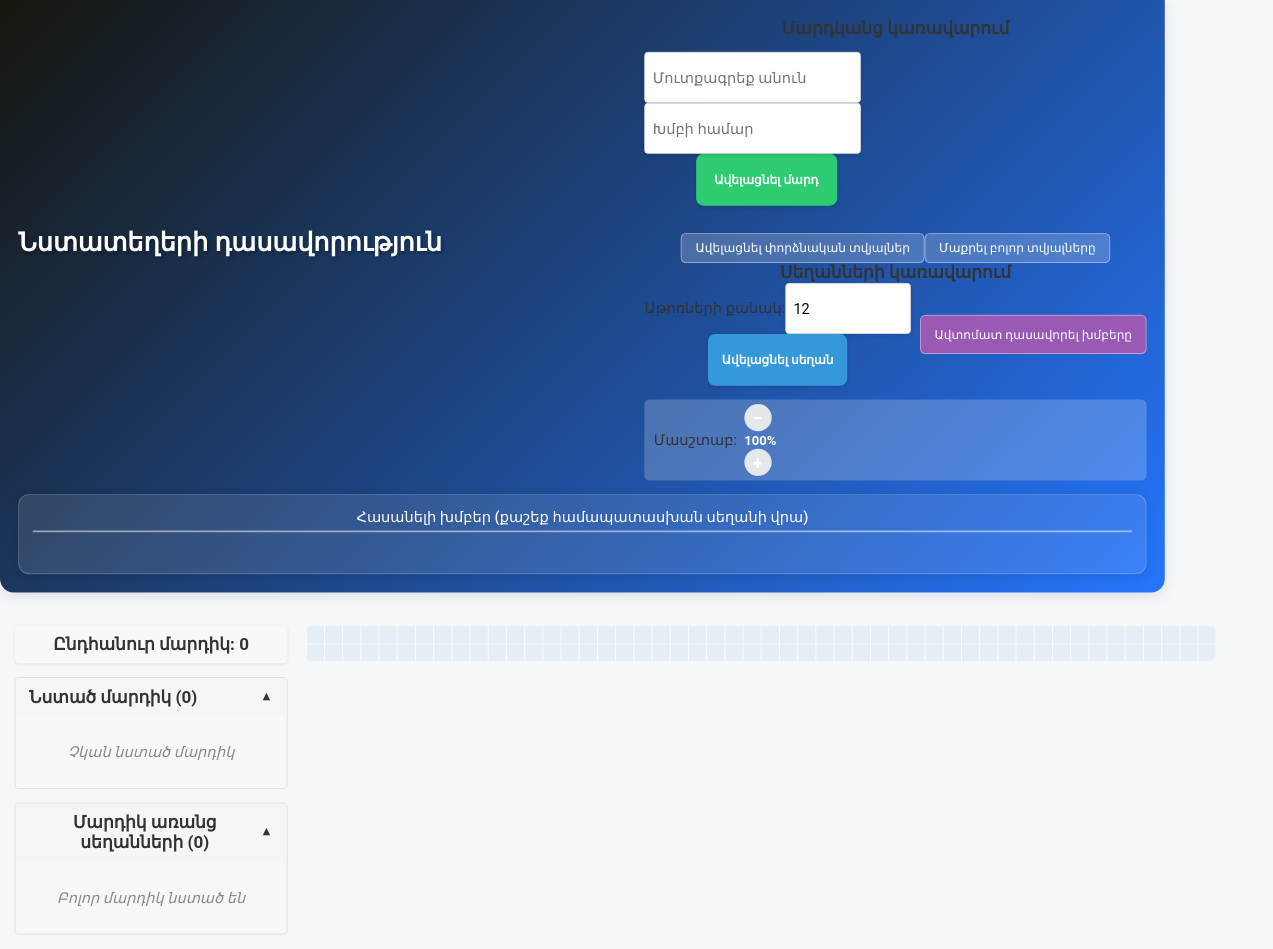
Repository: Vahan-23/Table-V2
Page: /
These files come from the project's save history. The page is drawn as it stood at one moment and after the next save; the edit follows.
The browser window is 1280 px wide. The page is 1336 px wide, then 1399 px, so the pictures cover 1399 px, including what lies to the right of the window. The pictures show the whole page, at 91% of full size.
The project was rebuilt for these pictures with package versions that can differ from the ones it lists, and the page was loaded fresh each time.

Above is the page before, as saved 2025-03-02 17:07:01.

### src/component/App.css
/* Modern styles for the Seating Arrangement app */

* {
  margin: 0;
  padding: 0;
  font-family: 'Roboto', 'Segoe UI', Arial, sans-serif;
}

body {
  background-color: #f5f7fb;
  color: #333;
}

.app-container {
  display: flex;
  flex-direction: column;
  min-height: 100vh;
}

/* Header Styles */
.app-header {
  background: linear-gradient(135deg, rgb(22 22 13) 0%, rgb(37, 117, 252) 100%);
  padding: 20px;
  border-radius: 0 0 15px 15px;
  box-shadow: 0 4px 15px rgba(0, 0, 0, 0.1);
  margin-bottom: 20px;
}

.header-content {
  display: flex;
  justify-content: space-between;
  align-items: center;
  max-width: 1600px;
  margin: 0 auto;
  width: 100%;
}

.logo {
  color: white;
  font-size: 28px;
  font-weight: bold;
  text-shadow: 2px 2px 4px rgba(0, 0, 0, 0.3);
  margin-bottom: 15px;
}

.header-controls {
  background: rgba(255, 255, 255, 0.15);
  backdrop-filter: blur(10px);
  padding: 15px;
  border-radius: 12px;
  box-shadow: inset 0 1px 1px rgba(255, 255, 255, 0.1), 0 1px 2px rgba(0, 0, 0, 0.1);
  display: flex;
  width: 80%;
}

.control-group {
  display: flex;
  flex-wrap: wrap;
  gap: 1rem;
  width: 100%;
}

.input-group {
  display: flex;
  gap: 10px;
  margin-bottom: 15px;
  align-items: center;
}

.input-field {
  flex: 1;
  padding: 10px 15px;
  border-radius: 8px;
  border: none;
  font-size: 16px;
  box-shadow: 0 2px 5px rgba(0, 0, 0, 0.1);
}

.input-group input, .table-controls input {
  height: 38px;
  padding: 0.5rem;
  border: 1px solid #ddd;
  border-radius: 4px;
  outline: none;
  transition: border-color 0.2s;
}

.input-group input:focus, .table-controls input:focus {
  border-color: #2563eb;
}

.group-input-container {
  position: relative;
  flex: 1;
}

.group-dropdown {
  position: absolute;
  top: 100%;
  left: 0;
  width: 100%;
  max-height: 200px;
  overflow-y: auto;
  z-index: 10;
  background-color: white;
  border: none;
  border-radius: 8px;
  box-shadow: 0 4px 12px rgba(0, 0, 0, 0.15);
  margin-top: 5px;
}

.dropdown-item {
  padding: 10px 15px;
  cursor: pointer;
  border-bottom: 1px solid #eee;
  transition: background-color 0.2s;
}

.dropdown-item:hover {
  background-color: #f5f5f5;
}

.dropdown-item-new {
  padding: 10px 15px;
  cursor: pointer;
  background-color: #f0f0f0;
  font-style: italic;
  border-radius: 0 0 8px 8px;
  z-index: 2;
}

.dropdown-empty {
  padding: 10px 15px;
  color: #666;
}

button {
  cursor: pointer;
  border: none;
  border-radius: 4px;
  padding: 0.5rem 1rem;
  font-weight: 500;
  transition: all 0.2s;
}

.primary-btn {
  background-color: #2563eb;
  color: white;
  border: none;
  border-radius: 8px;
  font-weight: bold;
  cursor: pointer;
  box-shadow: 0 2px 5px rgba(0, 0, 0, 0.1);
  transition: transform 0.2s, background-color 0.2s;
}

.primary-btn:hover {
  background-color: #1d4ed8;
}

.add-person-btn {
  margin-left: 30px;
  padding: 21px 20px;
  background-color: #2ecc71;
  color: white;
}

.add-person-btn:hover {
  background-color: #27ae60;
  transform: translateY(-2px);
}

.secondary-btn {
  padding: 8px 15px;
  background-color: rgba(255, 255, 255, 0.2);
  color: white;
  border: 1px solid rgba(255, 255, 255, 0.4);
  border-radius: 6px;
  cursor: pointer;
  transition: background-color 0.2s;
}

.secondary-btn:hover {
  background-color: rgba(255, 255, 255, 0.3);
}

.table-controls {
  display: flex;
  align-items: center;
  gap: 10px;
  margin-bottom: 15px;
}

.chair-count-input {
  width: 120px;
  padding: 10px 15px;
  border-radius: 8px;
  border: none;
  font-size: 16px;
  box-shadow: 0 2px 5px rgba(0, 0, 0, 0.1);
}

.add-table-btn {
  flex: 1;
  padding: 21px 15px;
  background-color: #3498db;
  color: white;
}

.add-table-btn:hover {
  background-color: #2980b9;
  transform: translateY(-2px);
}

.create-all-tables-btn {
  flex: 2;
  padding: 13px 15px;
  background-color: #9b59b6;
  color: white;
}

.create-all-tables-btn:hover {
  background-color: #8e44ad;
  transform: translateY(-2px);
}

/* Bottom controls section */
.bottom-controls {
  display: flex;
  justify-content: space-between;
  align-items: center;
}

/* Save controls */
.save-controls {
  display: flex;
  align-items: center;
  gap: 0.5rem;
}

/* Zoom controls */
.zoom-controls {
  display: flex;
  align-items: center;
  gap: 8px;
  background-color: rgba(255, 255, 255, 0.2);
  padding: 5px 10px;
  border-radius: 6px;
}

.zoom-btn {
  width: 30px;
  height: 30px;
  border-radius: 50%;
  border: none;
  background-color: rgba(255, 255, 255, 0.3);
  color: white;
  font-size: 18px;
  font-weight: bold;
  cursor: pointer;
  display: flex;
  justify-content: center;
  align-items: center;
}

.zoom-controls button {
  width: 30px;
  height: 30px;
  display: flex;
  align-items: center;
  justify-content: center;
  background-color: #e5e7eb;
  border-radius: 50%;
  font-size: 1.2rem;
  padding: 0;
}

.zoom-controls span {
  font-size: 0.9rem;
  min-width: 50px;
  text-align: center;
}

.zoom-percentage {
  color: white;
  font-weight: bold;
}

/* Groups Container */
.groups-container {
  background-color: rgba(255, 255, 255, 0.1);
  border-radius: 12px;
  padding: 15px;
  margin-top: 15px;
  box-shadow: 0 2px 10px rgba(0, 0, 0, 0.1);
  border: 1px solid rgba(255, 255, 255, 0.2);
}

.groups-header {
  display: flex;
  flex-direction: column;
  gap: 10px;
}

.groups-header h3 {
  color: #ffffff;
  font-size: 1rem;
  font-weight: 500;
}

.groups-title {
  margin: 0 0 10px 0;
  font-size: 20px;
  color: white;
  font-weight: 600;
  border-bottom: 2px solid rgba(255, 255, 255, 0.5);
  padding-bottom: 5px;
  display: inline-block;
}

.groups-wrapper {
  display: flex;
  flex-wrap: nowrap;
  gap: 12px;
  overflow-x: auto;
  padding: 5px 0;
  max-height: 100px;
  max-width: 100%;
  scrollbar-width: thin;
  scrollbar-color: rgba(255, 255, 255, 0.5) transparent;
}

.groups-wrapper::-webkit-scrollbar {
  height: 6px;
  width: 6px;
}

.groups-wrapper::-webkit-scrollbar-track {
  background: #f1f1f1;
  border-radius: 10px;
}

.groups-wrapper::-webkit-scrollbar-thumb {
  background: #3498db;
  border-radius: 10px;
}

.groups-wrapper::-webkit-scrollbar-thumb:hover {
  background: #2980b9;
}

/* Main Content */
.main-content {
  display: flex;
  flex: 1;
  padding: 1rem;
  gap: 20px;
  max-width: 1600px;
  margin: 0 auto;
  width: 100%;
}

/* Sidebar */
.sidebar {
  width: 300px;
  flex-shrink: 0;
}

.unseated-people-list, .people-list {
  background-color: white;
  border-radius: 8px;
  padding: 15px;
  margin-top: 20px;
  box-shadow: 0 2px 8px rgba(0, 0, 0, 0.1);
  margin-bottom: 1.5rem;
}

.unseated-people-list h3, .people-list h3 {
  margin-top: 0;
  margin-bottom: 15px;
  color: #333;
  font-size: 18px;
  font-weight: 600;
  border-bottom: 1px solid #e5e7eb;
  padding-bottom: 0.5rem;
}

.unseated-people-grid, .people-grid {
  display: grid;
  grid-template-columns: repeat(auto-fill, minmax(120px, 1fr));
  gap: 10px;
}

.unseated-person-card, .person-card {
  position: relative;
  background-color: #f9f9f9;
  border-radius: 6px;
  padding: 10px;
  box-shadow: 0 1px 3px rgba(0, 0, 0, 0.1);
  font-size: 0.9rem;
  display: flex;
  justify-content: space-between;
  align-items: center;
}

.person-card {
  flex-direction: column;
  align-items: flex-start;
  gap: 0.25rem;
}

.person-name {
  display: block;
  font-weight: bold;
  font-size: 14px;
  margin-bottom: 4px;
}

.person-group {
  display: block;
  font-size: 12px;
  color: #666;
}

.group-tag {
  background-color: #e0e7ff;
  color: #4f46e5;
  border-radius: 4px;
  padding: 0.15rem 0.4rem;
  font-size: 0.75rem;
  font-weight: 500;
}

.delete-btn {
  position: absolute;
  top: 5px;
  right: 5px;
  width: 20px;
  height: 20px;
  border-radius: 50%;
  background-color: #e74c3c;
  color: white;
  border: none;
  display: flex;
  align-items: center;
  justify-content: center;
  font-size: 10px;
  cursor: pointer;
  opacity: 0.7;
  transition: opacity 0.2s;
}

.delete-btn:hover {
  background-color: #fee2e2;
  opacity: 1;
}

/* Tables Area */
.tables-area {
  background-image: linear-gradient(rgba(255, 255, 255, 0.8) 1px, transparent 1px),
      linear-gradient(90deg, rgba(255, 255, 255, 0.8) 1px, transparent 1px);
  background-size: 20px 20px;
  background-color: #e6eef5;
  flex: 1;
  min-height: 600px;
  border-radius: 8px;
  padding: 20px;
  position: relative;
  transform-origin: top left;
  display: flex;
  flex-wrap: wrap;
  gap: 2rem;
  align-content: flex-start;
  min-height: 70vh;
}

/* Table Styles */
.table-container {
  background-color: white;
  border-radius: 10px;
  box-shadow: 0 4px 12px rgba(0, 0, 0, 0.08);
  padding: 1rem;
  width: fit-content;
  margin-bottom: 20px;
  flex-shrink: 0;
}

.table-header {
  display: flex;
  justify-content: space-between;
  align-items: center;
  margin-bottom: 1rem;
}

.table-header h3 {
  font-size: 1rem;
  font-weight: 600;
  color: #374151;
}

.delete-table-btn {
  background-color: #fee2e2;
  color: #ef4444;
  font-size: 0.8rem;
  padding: 0.25rem 0.5rem;
}

.delete-table-btn:hover {
  background-color: #fecaca;
}

.table {
  margin: 20px;
  width: 200px;
  height: 200px;
  border: 50px solid #e7d8c7;
  border-radius: 50%;
  display: flex;
  justify-content: center;
  align-items: center;
  background-image: url('../../public/table.jpg');
  background-size: cover;
}

.table-top {
  position: relative;
  top: -15%;
  left: -15%;
}

.chair {
  position: absolute;
  width: 60px;
  height: 60px;
  background-size: cover;
  background-position: center;
  background-repeat: no-repeat;
  color: white;
  display: flex;
  justify-content: center;
  align-items: center;
  border-radius: 50%;
  font-size: 12px;
  text-align: center;
  cursor: pointer;
  transition: transform 0.2s ease, opacity 0.2s ease;
}

.chair:hover {
  transform: scale(1.1);
  opacity: 0.7;
}

/* New Table Dropzone */
.new-table-dropzone {
  width: 300px;
  height: 200px;
  border: 2px dashed #3498db;
  border-radius: 8px;
  display: flex;
  align-items: center;
  justify-content: center;
  background-color: rgba(52, 152, 219, 0.05);
  transition: all 0.3s;
  margin-bottom: 20px;
}

.new-table-dropzone.hovered {
  background-color: rgba(52, 152, 219, 0.47);
  border-color: #4f46e5;
}

.dropzone-content {
  display: flex;
  flex-direction: column;
  align-items: center;
  justify-content: center;
  text-align: center;
  padding: 20px;
  gap: 1rem;
}

.dropzone-icon {
  font-size: 32px;
  color: #3498db;
  margin-bottom: 10px;
}

.dropzone-text {
  font-size: 16px;
  font-weight: bold;
  color: #333;
}

/* Popup styles */
.popup-overlay {
  position: fixed;
  top: 0;
  left: 0;
  right: 0;
  bottom: 0;
  background-color: rgba(0, 0, 0, 0.5);
  display: flex;
  align-items: center;
  justify-content: center;
  z-index: 1000;
}

.popup {
  background-color: white;
  border-radius: 10px;
  padding: 1.5rem;
  min-width: 300px;
  max-width: 400px;
  max-height: 80vh;
  overflow-y: auto;
  box-shadow: 0 10px 25px rgba(0, 0, 0, 0.2);
}

.popup h3 {
  margin-bottom: 1rem;
  color: #374151;
}

.person-selection-list {
  list-style: none;
  margin-bottom: 1rem;
}

.person-selection-list li {
  padding: 0.75rem;
  border-radius: 6px;
  cursor: pointer;
  transition: background-color 0.2s;
}

.person-selection-list li:hover {
  background-color: #f3f4f6;
}

.close-btn {
  background-color: #e5e7eb;
  color: #4b5563;
  width: 100%;
  padding: 0.75rem;
  border-radius: 6px;
  margin-top: 1rem;
}

.close-btn:hover {
  background-color: #d1d5db;
}

/* Fullscreen popup styles */
.fullscreen-popup {
  position: fixed;
  top: 0;
  left: 0;
  width: 100%;
  height: 100%;
  background-color: rgba(0, 0, 0, 0.7);
  z-index: 1000;
  display: flex;
  justify-content: center;
  align-items: center;
}

.fullscreen-popup-overlay {
  position: absolute;
  top: 0;
  left: 0;
  width: 100%;
  height: 100%;
  background-color: rgba(0, 0, 0, 0.7);
  display: flex;
  justify-content: center;
  align-items: center;
}

.fullscreen-popup-content {
  background-color: white;
  border-radius: 8px;
  padding: 20px;
  max-width: 600px;
  width: 90%;
  max-height: 80vh;
  overflow-y: auto;
  box-shadow: 0 10px 25px rgba(0, 0, 0, 0.2);
}

.fullscreen-popup-content h3 {
  margin-top: 0;
  margin-bottom: 20px;
  text-align: center;
  font-size: 18px;
  color: #333;
}

.person-selection-grid {
  display: grid;
  grid-template-columns: repeat(auto-fill, minmax(180px, 1fr));
  gap: 15px;
  margin-bottom: 20px;
  max-height: 60vh;
  overflow-y: auto;
  padding: 10px;
  margin-top: 20px;
}

.person-selection-item {
  background-color: #f9f9f9;
  border: 1px solid #ddd;
  border-radius: 6px;
  padding: 12px;
  cursor: pointer;
  transition: all 0.2s ease;
  display: flex;
  flex-direction: column;
}

.person-selection-item:hover {
  background-color: #e8f4fd;
  transform: translateY(-2px);
  box-shadow: 0 4px 8px rgba(0, 0, 0, 0.1);
}

.person-selection-name {
  display: block;
  font-weight: bold;
  margin-bottom: 4px;
}

.person-selection-group {
  display: block;
  font-size: 12px;
  color: #666;
}

.no-people-message {
  text-align: center;
  padding: 20px;
  color: #666;
  grid-column: 1 / -1;
}

.close-popup-btn {
  display: block;
  margin: 0 auto;
  background-color: #3498db;
  color: white;
  border: none;
  border-radius: 4px;
  padding: 10px 20px;
  font-size: 16px;
  cursor: pointer;
  transition: background-color 0.2s ease;
}

.close-popup-btn:hover {
  background-color: #2980b9;
}

/* Remove person popup */
.remove-person-popup {
  text-align: center;
}

.popup-title {
  text-align: center;
  margin-bottom: 20px;
}

.person-info-card {
  background-color: #f9f9f9;
  padding: 15px;
  border-radius: 8px;
  margin-bottom: 20px;
  box-shadow: 0 2px 4px rgba(0, 0, 0, 0.1);
}

.person-info-name {
  text-align: center;
  font-size: 18px;
  margin: 0 0 10px 0;
  font-weight: bold;
}

.person-info-group {
  text-align: center;
  margin: 0;
  color: #666;
}

.confirmation-text {
  text-align: center;
  margin-bottom: 20px;
  color: #555;
}

.popup-buttons {
  display: flex;
  justify-content: center;
  gap: 15px;
}

.remove-btn {
  padding: 10px 20px;
  background-color: #e74c3c;
  color: white;
  border: none;
  border-radius: 4px;
  cursor: pointer;
  font-weight: bold;
}

.cancel-btn {
  padding: 10px 20px;
  background-color: #7f8c8d;
  color: white;
  border: none;
  border-radius: 4px;
  cursor: pointer;
}

/* Group card styles */
.group-card {
  flex: 0 0 auto;
  min-width: 100px;
  background-color: white;
  border-radius: 6px;
  padding: 8px 12px;
  box-shadow: 0 1px 3px rgba(0,0,0,0.1);
  cursor: grab;
  transition: transform 0.2s, box-shadow 0.2s;
  border-left: 4px solid #3498db;
}

.group-card:hover {
  transform: translateY(-2px);
  box-shadow: 0 3px 6px rgba(0,0,0,0.15);
}

.group-card.dragging {
  opacity: 0.5;
}

.group-name {
  font-weight: 600;
  font-size: 0.9rem;
  color: #2563eb;
  margin-bottom: 5px;
}

.group-count {
  font-size: 0.8rem;
  color: #6b7280;
  margin-top: 0.25rem;
}

/* Responsive adjustments */
@media (max-width: 992px) {
  .header-content {
    flex-direction: column;
    align-items: flex-start;
    gap: 1rem;
  }

  .header-controls {
    width: 100%;
  }

  .main-content {
    flex-direction: column;
  }

  .sidebar {
    width: 100%;
  }
}


.people-section {
  display: flex;
  flex-direction: column;
  gap: 15px;
}

.total-people-counter {
  background-color: #f8f8f8;
  padding: 10px;
  border-radius: 5px;
  text-align: center;
  box-shadow: 0 1px 3px rgba(0,0,0,0.1);
}

.people-box {
  border: 1px solid #ddd;
  border-radius: 5px;
  overflow: hidden;
}

.people-header {
  display: flex;
  align-items: center;
  justify-content: space-between;
  padding: 10px 15px;
  background-color: #f5f5f5;
  cursor: pointer;
}

.people-header:hover {
  background-color: #e9e9e9;
}

.expand-arrow {
  font-size: 14px;
  transition: transform 0.3s ease;
}

.expand-arrow.expanded {
  transform: rotate(180deg);
}

.people-grid-container {
  max-height: 700px;
  overflow-y: auto;
}

.people-grid {
  display: grid;
  grid-template-columns: repeat(auto-fill, minmax(200px, 1fr));
  gap: 10px;
  padding: 10px;
}

.person-card {
  position: relative;
  padding: 10px;
  border-radius: 4px;
  box-shadow: 0 1px 3px rgba(0,0,0,0.1);
  display: flex;
  flex-direction: column;
}

.person-card.seated {
  background-color: rgba(144, 238, 144, 0.2);
  border-left: 3px solid #4CAF50;
}

.person-card.unseated {
  background-color: rgba(255, 235, 205, 0.2);
  border-left: 3px solid #FFA500;
}

.person-name {
  font-weight: bold;
  margin-bottom: 4px;
}

.person-group {
  font-size: 12px;
  color: #666;
}

.delete-btn {
  position: absolute;
  top: 5px;
  right: 5px;
  width: 20px;
  height: 20px;
  border-radius: 50%;
  background-color: #ff6b6b;
  color: white;
  border: none;
  display: flex;
  align-items: center;
  justify-content: center;
  cursor: pointer;
  font-size: 10px;
}

.delete-btn:hover {
  background-color: #ff5252;
}

.empty-message {
  grid-column: 1 / -1;
  padding: 20px;
  text-align: center;
  color: #888;
  font-style: italic;
}

/* Scrollbar styling */
.people-grid-container::-webkit-scrollbar {
  width: 8px;
}

.people-grid-container::-webkit-scrollbar-track {
  background: #f1f1f1;
  border-radius: 4px;
}

.people-grid-container::-webkit-scrollbar-thumb {
  background: #888;
  border-radius: 4px;
}

.people-grid-container::-webkit-scrollbar-thumb:hover {
  background: #555;
}

Loaded but not shown: public/index.html (common file); src/index.js (common file); src/index.css (common file); src/reportWebVitals.js (common file); src/App.css (common file); src/App.js (12 lines, source omitted); src/component/SeatingArrangement.jsx (1041 lines, source omitted)

After the next save:
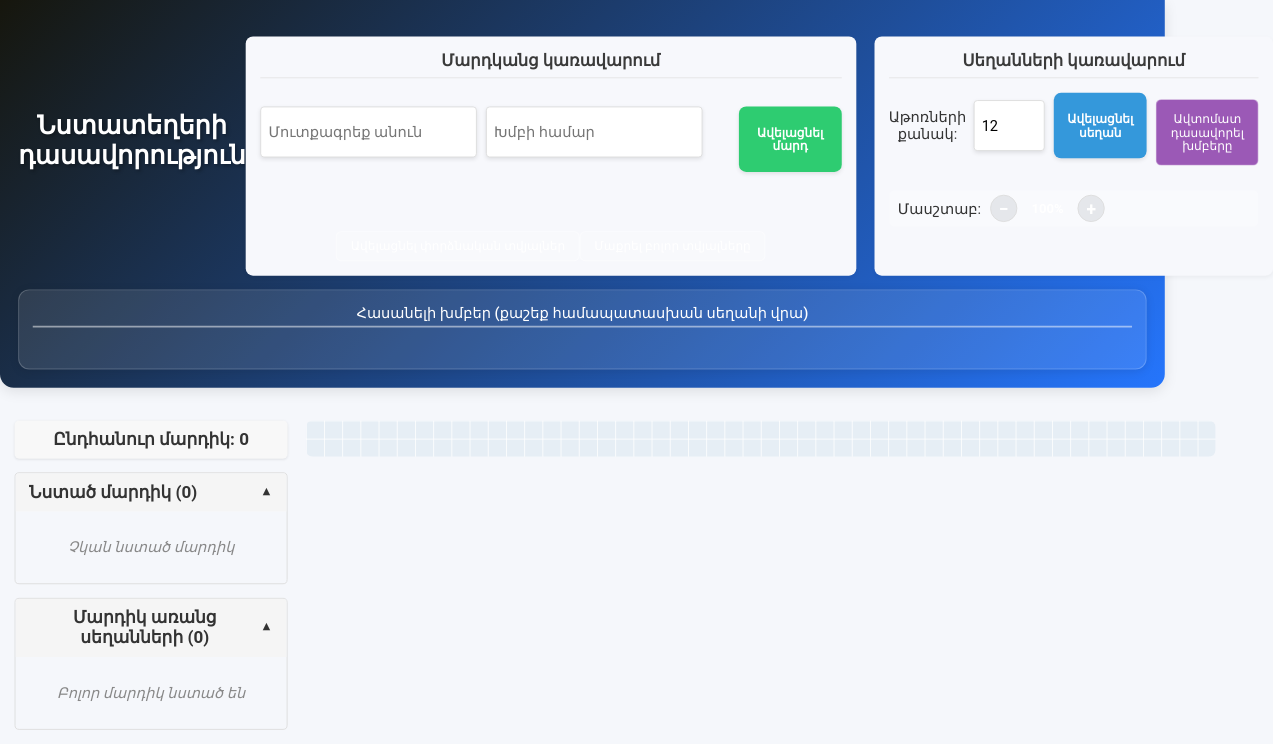
Saved 9 s later.
--- a/src/component/App.css
+++ b/src/component/App.css
@@ -1009,3 +1009,86 @@ button {
 .people-grid-container::-webkit-scrollbar-thumb:hover {
   background: #555;
 }
+/* Split header sections styling */
+.header-sections {
+  display: flex;
+  width: 100%;
+  gap: 20px;
+  margin-top: 20px;
+}
+
+.header-section {
+  flex: 1;
+  background-color: #f7f8fc;
+  border-radius: 8px;
+  padding: 16px;
+  box-shadow: 0 2px 5px rgba(0,0,0,0.05);
+}
+
+.section-main-title {
+  color: #3a3a3a;
+  margin-top: 0;
+  margin-bottom: 16px;
+  padding-bottom: 8px;
+  border-bottom: 1px solid #e5e5e5;
+  font-size: 18px;
+}
+
+/* People section specific */
+.people-section .input-row {
+  display: flex;
+  gap: 10px;
+  margin-bottom: 15px;
+}
+
+.people-section .data-management {
+  margin-top: 20px;
+}
+
+/* Table section specific */
+.tables-section .table-controls-row {
+  display: flex;
+  align-items: center;
+  gap: 10px;
+  margin-bottom: 15px;
+}
+
+.tables-section .chair-count-container {
+  display: flex;
+  align-items: center;
+  gap: 8px;
+}
+
+.tables-section .chair-count-input {
+  width: 60px;
+}
+
+.tables-section .zoom-controls {
+  display: flex;
+  align-items: center;
+  margin-top: 20px;
+  gap: 10px;
+}
+
+.zoom-buttons {
+  display: flex;
+  align-items: center;
+}
+
+.zoom-btn {
+  width: 30px;
+  height: 30px;
+  display: flex;
+  align-items: center;
+  justify-content: center;
+  border-radius: 4px;
+  background-color: #f0f0f0;
+  border: 1px solid #ddd;
+  cursor: pointer;
+}
+
+.zoom-percentage {
+  margin: 0 8px;
+  min-width: 50px;
+  text-align: center;
+}
